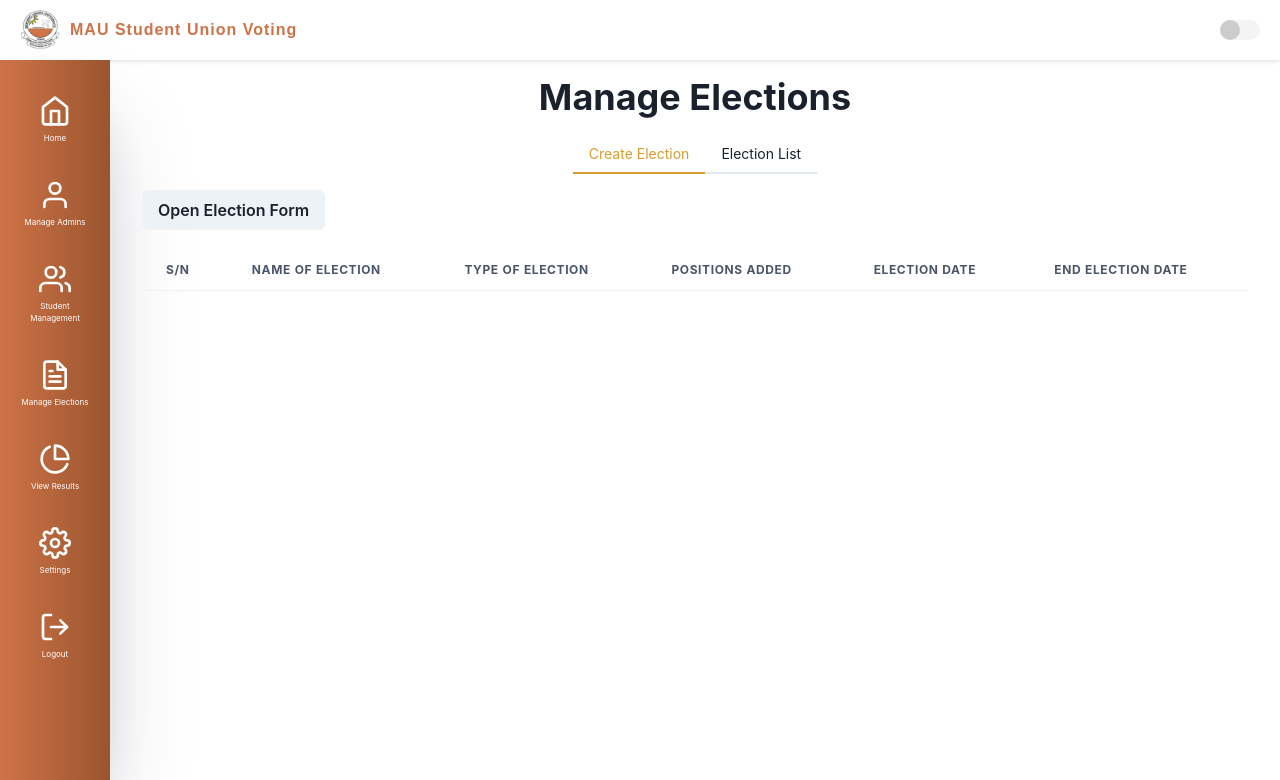
Repository: joena1o/e-vote
Page: /admin-dashboard/manage-elections
These files come from the project's save history. The page is drawn as it stood at one moment and after the next save; the edit follows.
The browser window is 1280 px wide. The pictures show the whole page.
The project was rebuilt for these pictures with package versions that can differ from the ones it lists, and the page was loaded fresh each time. Also part of the build but not shown: src/components/EnhancedLogin.js, src/components/maincontent/RegisterStudents/ManageStudents.js, src/components/maincontent/RegisterStudents/RegisterStudents.js, src/components/maincontent/RegisterStudents/StudentManagement.js, src/components/maincontent/ElectionResults/ViewResults.js, src/components/maincontent/Settings/Settings.js, src/api/index.js, src/components/maincontent/home/Home.styles.js and 15 more.

Above is the page before, as saved 2023-10-26 14:36:48.

### src/index.js
import React from 'react';
import ReactDOM from 'react-dom/client';
import './index.css';
import App from './App';
import reportWebVitals from './reportWebVitals';
import Modal from 'react-modal';

// Set the app element for the modal for accessibility purposes
Modal.setAppElement('#root');

const root = ReactDOM.createRoot(document.getElementById('root'));
root.render(
  <React.StrictMode>
    <App />
  </React.StrictMode>
);

// If you want to start measuring performance in your app, pass a function
// to log results (for example: reportWebVitals(console.log))
// or send to an analytics endpoint. Learn more: https://bit.ly/CRA-vitals
reportWebVitals();

### src/App.js
import React from 'react';
import { BrowserRouter as Router, Routes, Route, Navigate } from 'react-router-dom';
import EnhancedLogin from './components/EnhancedLogin';
import AdminDashboard from './components/AdminDashboard';
import StudentDashboard from './components/StudentDashboard';
import { ChakraProvider, ColorModeProvider, Button, useColorMode } from '@chakra-ui/react';
import { Provider } from 'react-redux';
import store from './Redux/store';
import ElectionCommitteeDashboard from './components/maincontent/ElectionCommitteeDashboard';

// Component to toggle dark mode
function DarkModeToggle() {
  const { colorMode, toggleColorMode } = useColorMode();
  return (
    <Button onClick={toggleColorMode} position="fixed" m={4} zIndex={10}>
      Toggle {colorMode === 'light' ? 'Dark' : 'Light'}
    </Button>
  );
}

function App() {
  // Check if the current route is not the "/login" route, then render the DarkModeToggle
  // const isLoginPage = window.location.pathname === '/login';

  return (
    <Provider store={store}>
      <ChakraProvider>
        <ColorModeProvider options={{ useSystemColorMode: true }}>
          <Router>
            <Routes>
              {/* Define your routes */}
              <Route path="/login" element={<EnhancedLogin />} />
              <Route path="/admin-dashboard/*" element={<AdminDashboard />} />
              <Route path="/ElectionCommittee-dashboard/*" element={<ElectionCommitteeDashboard />} />
              <Route path='/student-dashboard/*' element={<StudentDashboard />} />
              {/* Redirect root to /admin-dashboard */}
              <Route path="/" element={<Navigate to="/admin-dashboard" replace />} />
            </Routes>
          </Router>
          {/* Render DarkModeToggle only if not on the "/login" page */}
          {/* {!isLoginPage && <DarkModeToggle />} */}
        </ColorModeProvider>
      </ChakraProvider>
    </Provider>
  );
}

export default App;

### src/components/AdminDashboard.js
// AdminDashboard.js
import React from 'react';
import { Routes, Route } from 'react-router-dom';
import StudentManagement from './maincontent/RegisterStudents/StudentManagement';
import ViewResults from './maincontent/ElectionResults/ViewResults';
import Settings from './maincontent/Settings/Settings';
import Home from './maincontent/home/Home';
import ManageAdmin from './maincontent/ManageAdmins/ManageAdmins';
import ManageElections from './maincontent/ManageElections/ManageElections';
import Sidebar from './Sidebar';
import Navbar from './Navbar';
import styled from 'styled-components';

const Container = styled.div`
  display: flex;
  flex-direction: column;
  /* Add the following line to ensure Container fills the screen height */
  height: 100vh;
  width: 100%; /* Use 100% to fill the entire width of the screen */
`;


const Content = styled.div`
  display: flex;
  /* Add the following line to ensure Content fills the remaining screen space */
  flex: 1;
`;

const AdminDashboard = () => {
  return (
    <Container>
      <Navbar />
      <Content>
        <Sidebar />
        <Routes>
          <Route index element={<Home />} />
          <Route path="student-management" element={<StudentManagement />} />
          <Route path="view-results" element={<ViewResults />} />
          <Route path="settings" element={<Settings />} />
          <Route path="manage-admin" element={<ManageAdmin />} />
          <Route path="manage-elections" element={<ManageElections />} />
        </Routes>
      </Content>
    </Container>
  );
};

export default AdminDashboard;

### src/Redux/store.js
import { configureStore } from '@reduxjs/toolkit';
import electionReducer from './electionSlice';
import studentsReducer from './studentsSlice';
import candidatesReducer from './CandidateSlice'; // Import the candidates reducer

const store = configureStore({
  reducer: {
    elections: electionReducer,
    students: studentsReducer,
    candidates: candidatesReducer, // Add the candidates reducer here
  },
});

export default store;

### src/components/maincontent/ManageElections/ManageElections.js
import React, { useState } from 'react';
import { Tabs, TabList, TabPanels, Tab, TabPanel, Box, Flex, Heading } from '@chakra-ui/react';
import CreateElections from './CreateElection';
import ElectionList from './ElectionList';

const ManageElections = () => {
  const [activeTab, setActiveTab] = useState(0);

  const handleTabChange = (index) => {
    setActiveTab(index);
  };

  return (
    <Flex direction="column" align="center" w="100vw" h="100vh" p={4}>
      <Heading mb={4}>Manage Elections</Heading>
      <Box w="100%" h="100%" maxW="full">
        <Tabs index={activeTab} onChange={handleTabChange} isLazy>
          <Flex justifyContent="center" w="100%">
            <TabList display="inline-flex">
              <Tab fontSize="sm" px={4} py={2} _selected={{ borderBottom: '2px solid', borderColor: 'yellow.500', color: 'yellow.500' }}>
                Create Election
              </Tab>
              <Tab fontSize="sm" px={4} py={2} _selected={{ borderBottom: '2px solid', borderColor: 'yellow.500', color: 'yellow.500' }}>
                Election List
              </Tab>
            </TabList>
          </Flex>
          <TabPanels>
            <TabPanel>
              <CreateElections />
            </TabPanel>
            <TabPanel>
              <ElectionList />
            </TabPanel>
          </TabPanels>
        </Tabs>
      </Box>
    </Flex>
  );
};

export default ManageElections;

### src/components/Navbar.js
import React from 'react';
import styled, { createGlobalStyle } from 'styled-components';
import logo from '../assets/school_logo.jpg';
import { useColorMode } from '@chakra-ui/react';

const GlobalStyle = createGlobalStyle`
  body {
    background-color: ${props => (props.theme === 'dark' ? '#333' : '#fff')};
    color: ${props => (props.theme === 'dark' ? '#fff' : '#000')}; // Set other component texts to black in light mode
  }
`;

const Header = styled.header`
  background: ${props => (props.theme === 'dark' ? '#333' : '#fff')};
  color: ${props => (props.theme === 'dark' ? '#fff' : '#ce7348')}; // Set navbar text to brown in light mode
  padding: 10px 20px;
  display: flex;
  align-items: center;
  justify-content: flex-start;
  box-shadow: 0px 2px 4px rgba(0, 0, 0, 0.1);
  font-family: 'Poppins', sans-serif;
`;


const Logo = styled.img`
  width: 40px;
  height: 40px;
  border-radius: 20px;
  margin-right: 10px;
`;

const Title = styled.h1`
  margin: 0;
  padding: 0;
  font-size: 1rem;
  font-weight: 600;
  letter-spacing: 1px;
`;

const ToggleSlider = styled.label`
  display: flex;
  align-items: center;
  cursor: pointer;
  margin-left: auto;
`;

const SliderInput = styled.input.attrs({ type: 'checkbox' })`
  display: none;
`;

const Slider = styled.div`
  width: 40px;
  height: 20px;
  background-color: ${props => (props.theme === 'dark' ? '#333' : '#f4f4f4')};
  border-radius: 20px;
  position: relative;
  transition: background-color 0.3s ease;
  cursor: pointer;

  &::after {
    content: '';
    width: 20px;
    height: 20px;
    border-radius: 50%;
    background-color: ${props => (props.theme === 'dark' ? '#fff' : '#ccc')};
    position: absolute;
    top: 50%;
    transform: translateY(-50%);
    left: ${props => (props.theme === 'dark' ? '20px' : '0')};
    transition: left 0.3s ease;
  }
`;

function Navbar() {
  const { colorMode, toggleColorMode } = useColorMode();

  return (
    <>
      <GlobalStyle theme={colorMode} />
      <Header theme={colorMode}>
        <Logo src={logo} alt="University Logo" />
        <Title>MAU Student Union Voting</Title>
        <ToggleSlider>
          <SliderInput type="checkbox" onChange={toggleColorMode} />
          <Slider theme={colorMode} />
        </ToggleSlider>
      </Header>
    </>
  );
}

export default Navbar;

### src/Redux/electionSlice.js
/*import { createSlice, createAsyncThunk } from '@reduxjs/toolkit';
import { API, graphqlOperation } from 'aws-amplify';
import { createElection as createElectionAPI } from '../graphql/mutations';

export const createElection = createAsyncThunk(
  'elections/createElection',
  async (election, { rejectWithValue }) => {
    try {
      const result = await API.graphql(graphqlOperation(createElectionAPI, { input: election }));
      return result.data.createElection;
    } catch (error) {
      return rejectWithValue(error);
    }
  }
);

const electionSlice = createSlice({
  name: 'elections',
  initialState: [],
  reducers: {},
  extraReducers: (builder) => {
    builder.addCase(createElection.fulfilled, (state, action) => {
      state.push(action.payload);
    });
  },
});

export default electionSlice.reducer;
*/

### src/Redux/studentsSlice.js
import { createSlice } from '@reduxjs/toolkit';

export const studentsSlice = createSlice({
  name: 'students',
  initialState: [],
  reducers: {
    addStudents: (state, action) => {
      // Add students to the Redux store
      action.payload.forEach(student => {
        state.push(student);
      });
    },
  },
});

export const { addStudents } = studentsSlice.actions;

export default studentsSlice.reducer;

### src/Redux/CandidateSlice.js

import { createSlice } from '@reduxjs/toolkit';

export const candidatesSlice = createSlice({
  name: 'candidates',
  initialState: [],
  reducers: {
    setCandidates: (state, action) => {
      return action.payload;
    },
  },
});

export const { setCandidates } = candidatesSlice.actions;
export default candidatesSlice.reducer;

### src/components/maincontent/ManageElections/CreateElection.js
import React, { useState } from 'react';
import Select from 'react-select';
import { useFormik } from 'formik';
import * as Yup from 'yup';
import {
  Button,
  Modal,
  ModalOverlay,
  ModalContent,
  ModalHeader,
  ModalFooter,
  ModalBody,
  ModalCloseButton,
  Input,
  FormControl,
  FormLabel,
  useColorMode,
  Box,
  Table,
  Thead,
  Tbody,
  Tr,
  Th,
  Td,
  VStack,
  Flex,
  Text
} from '@chakra-ui/react';
import { FiCalendar, FiUsers, FiFileText, FiUserCheck, FiClipboard, FiType } from 'react-icons/fi';

const CreateElection = () => {
  const [electionType, setElectionType] = useState('');
  const [modalIsOpen, setModalIsOpen] = useState(false);
  const [elections, setElections] = useState([]);
  const { colorMode } = useColorMode();

  const formik = useFormik({
    initialValues: {
      electionTitle: '',
      electionType: '',
      name: '',
      startDate: '',
      positions: [], // Ensure this is initialized as an array
      committeeMembers: [],
      endDate: '',
    },
    validationSchema: Yup.object({
      electionTitle: Yup.string().required('Required'),
      electionType: Yup.string().required('Required'),
      startDate: Yup.date().required('Required'),
      positions: Yup.array().required('Required'),
      endDate: Yup.date().required('Required'),
    }),
    onSubmit: async (values) => {
      setModalIsOpen(true);
      setElections([...elections, values]);
    },
  });

  const electionTypeOptions = [
    { value: 'general', label: 'General' },
    { value: 'faculty', label: 'Faculty' },
    { value: 'department', label: 'Department' }
  ];

  const students = [
    { value: 'Pascal@example.com', label: 'Prisca Ahmadu' },
    { value: 'Prisca@example.com', label: 'Paul Ahmadu' },
  ];

  const positions = [
    { value: 'President', label: 'President' },
    { value: 'Vice President', label: 'Vice President' },
    // ... add other positions as needed
  ];



  return (
    <>
      <Button onClick={() => setModalIsOpen(true)}>Open Election Form</Button>

      <Box width="100%" mt={5}>
        {/* Displaying elections table */}
        <Table variant="simple">
          <Thead>
            <Tr>
              <Th>S/N</Th>
              <Th>Name of Election</Th>
              <Th>Type of Election</Th>
              <Th>Positions Added</Th>
              <Th>Election Date</Th>
              <Th>End Election Date</Th>
            </Tr>
          </Thead>
          <Tbody>
            {elections.map((election, index) => (
              <Tr key={index}>
                <Td>{index + 1}</Td>
                <Td>{election.electionTitle}</Td>
                <Td>{election.electionType}</Td>
                <Td>{election.positions.join(', ')}</Td>
                <Td>{election.startDate}</Td>
                <Td>{election.endDate}</Td>
              </Tr>
            ))}
          </Tbody>
        </Table>
      </Box>

      {/* Election Creation Modal */}
      <Modal isOpen={modalIsOpen} onClose={() => setModalIsOpen(false)} size="md">
        {/* Set size to "md" for a smaller modal */}
        <ModalOverlay />
        <ModalContent>
          <ModalHeader>Create Election</ModalHeader>
          <ModalCloseButton />
          <ModalBody as="form" onSubmit={formik.handleSubmit}>
            {/* Form elements */}
            <FormControl>
              <FormLabel><FiType /> Title:</FormLabel>
              <Input
                name="electionTitle"
                type="text"
                placeholder="Enter Election Title"
                onChange={formik.handleChange}
                value={formik.values.electionTitle}
              />
              {formik.errors.electionTitle && <Text color="red.500">{formik.errors.electionTitle}</Text>}
            </FormControl>

            <FormControl>
              <FormLabel><FiFileText /> Type:</FormLabel>
              <Box width="100%">
                <Select
                  name="electionType"
                  options={electionTypeOptions}
                  onChange={(option) => {
                    formik.setFieldValue("electionType", option.value);
                    setElectionType(option.value);
                  }}
                  value={electionTypeOptions.find(
                    option => option.value === formik.values.electionType
                  )}
                  placeholder="Select Type"
                />
              </Box>
              {formik.errors.electionType && <Text color="red.500">{formik.errors.electionType}</Text>}
            </FormControl>

            <FormControl>
              <FormLabel><FiCalendar /> Election Date:</FormLabel>
              <Input
                name="startDate"
                type="date"
                onChange={formik.handleChange}
                value={formik.values.startDate}
              />
              {formik.errors.startDate && <Text color="red.500">{formik.errors.startDate}</Text>}
            </FormControl>

            {(electionType === 'faculty' || electionType === 'department') && (
              <FormControl>
                <FormLabel><FiClipboard /> {electionType.charAt(0).toUpperCase() + electionType.slice(1)} Name:</FormLabel>
                <Input
                  name="name"
                  type="text"
                  onChange={formik.handleChange}
                  value={formik.values.name}
                />
                {formik.errors.name && <Text color="red.500">{formik.errors.name}</Text>}
              </FormControl>
            )}

            {/* Remaining form fields remain unchanged */}

          </ModalBody>
          <ModalFooter>
            {/* Create Election and Cancel buttons */}
            <Button type="submit" colorScheme="blue" mr={3}>
              Create Election
            </Button>
            <Button variant="ghost" onClick={() => setModalIsOpen(false)}>
              Cancel
            </Button>
          </ModalFooter>
        </ModalContent>
      </Modal>
    </>
  );
};

export default CreateElection;

Loaded but not shown: public/index.html (common file); src/index.css (common file); src/reportWebVitals.js (common file); src/components/Sidebar.js (130 lines, source omitted)

After the next save:
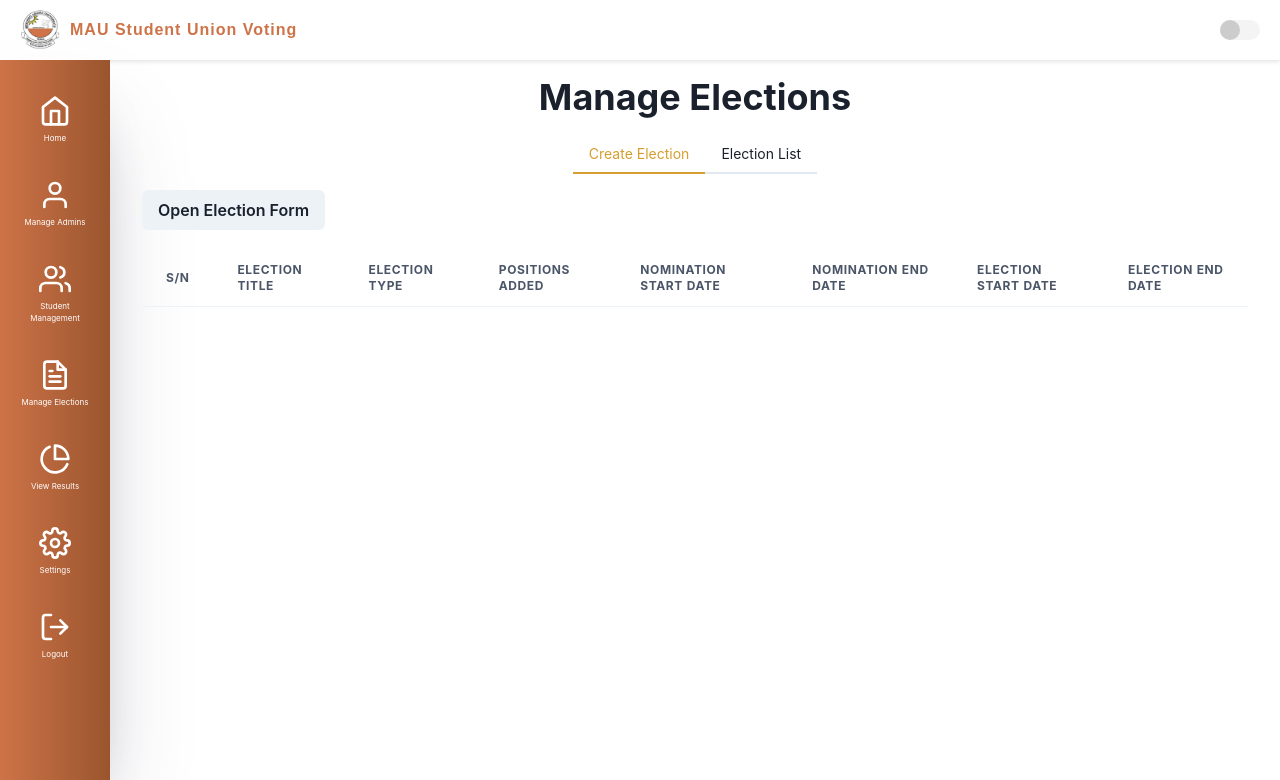
Saved 5 min 51 s later.
--- a/src/components/maincontent/ManageElections/CreateElection.js
+++ b/src/components/maincontent/ManageElections/CreateElection.js
@@ -86,11 +86,13 @@ const CreateElection = () => {
           <Thead>
             <Tr>
               <Th>S/N</Th>
-              <Th>Name of Election</Th>
-              <Th>Type of Election</Th>
+              <Th>Election Title</Th>
+              <Th>Election Type</Th>
               <Th>Positions Added</Th>
-              <Th>Election Date</Th>
-              <Th>End Election Date</Th>
+              <Th>Nomination Start Date</Th>
+              <Th>Nomination End Date</Th>
+              <Th>Election Start Date</Th>
+              <Th>Election End Date</Th>
             </Tr>
           </Thead>
           <Tbody>
@@ -100,6 +102,8 @@ const CreateElection = () => {
                 <Td>{election.electionTitle}</Td>
                 <Td>{election.electionType}</Td>
                 <Td>{election.positions.join(', ')}</Td>
+                <Td>{election.nominationStartDate}</Td>
+                <Td>{election.nominationEndDate}</Td>
                 <Td>{election.startDate}</Td>
                 <Td>{election.endDate}</Td>
               </Tr>
@@ -118,7 +122,7 @@ const CreateElection = () => {
           <ModalBody as="form" onSubmit={formik.handleSubmit}>
             {/* Form elements */}
             <FormControl>
-              <FormLabel><FiType /> Title:</FormLabel>
+              <FormLabel><FiType /> Election Title:</FormLabel>
               <Input
                 name="electionTitle"
                 type="text"
@@ -130,7 +134,7 @@ const CreateElection = () => {
             </FormControl>
 
             <FormControl>
-              <FormLabel><FiFileText /> Type:</FormLabel>
+              <FormLabel><FiFileText /> Election Type:</FormLabel>
               <Box width="100%">
                 <Select
                   name="electionType"
@@ -142,21 +146,32 @@ const CreateElection = () => {
                   value={electionTypeOptions.find(
                     option => option.value === formik.values.electionType
                   )}
-                  placeholder="Select Type"
+                  placeholder="Select Election Type"
                 />
               </Box>
               {formik.errors.electionType && <Text color="red.500">{formik.errors.electionType}</Text>}
             </FormControl>
 
             <FormControl>
-              <FormLabel><FiCalendar /> Election Date:</FormLabel>
+              <FormLabel><FiCalendar /> Nomination Start Date:</FormLabel>
               <Input
-                name="startDate"
+                name="nominationStartDate"
                 type="date"
                 onChange={formik.handleChange}
-                value={formik.values.startDate}
-              />
-              {formik.errors.startDate && <Text color="red.500">{formik.errors.startDate}</Text>}
+                value={formik.values.nominationStartDate}
+              />
+              {formik.errors.nominationStartDate && <Text color="red.500">{formik.errors.nominationStartDate}</Text>}
+            </FormControl>
+
+            <FormControl>
+              <FormLabel><FiCalendar /> Nomination End Date:</FormLabel>
+              <Input
+                name="nominationEndDate"
+                type="date"
+                onChange={formik.handleChange}
+                value={formik.values.nominationEndDate}
+              />
+              {formik.errors.nominationEndDate && <Text color="red.500">{formik.errors.nominationEndDate}</Text>}
             </FormControl>
 
             {(electionType === 'faculty' || electionType === 'department') && (
@@ -172,8 +187,69 @@ const CreateElection = () => {
               </FormControl>
             )}
 
-            {/* Remaining form fields remain unchanged */}
-
+            <Flex justify="space-between">
+              <FormControl>
+                <FormLabel><FiCalendar /> Election Start Date:</FormLabel>
+                <Input
+                  name="startDate"
+                  type="date"
+                  onChange={formik.handleChange}
+                  value={formik.values.startDate}
+                />
+                {formik.errors.startDate && <Text color="red.500">{formik.errors.startDate}</Text>}
+              </FormControl>
+
+              <FormControl>
+                <FormLabel><FiCalendar /> Election End Date:</FormLabel>
+                <Input
+                  name="endDate"
+                  type="date"
+                  onChange={formik.handleChange}
+                  value={formik.values.endDate}
+                />
+                {formik.errors.endDate && <Text color="red.500">{formik.errors.endDate}</Text>}
+              </FormControl>
+            </Flex>
+
+            <FormControl>
+              <FormLabel><FiUsers /> Positions:</FormLabel>
+              <Select
+                isMulti
+                name="positions"
+                options={positions}
+                onChange={selectedOptions => {
+                  formik.setFieldValue(
+                    "positions",
+                    selectedOptions ? selectedOptions.map(option => option.value) : []
+                  );
+                }}
+                value={positions.filter(position =>
+                  formik.values.positions.includes(position.value)
+                )}
+                placeholder="Select positions..."
+              />
+              {formik.errors.positions && <Text color="red.500">{formik.errors.positions}</Text>}
+            </FormControl>
+
+            <FormControl>
+              <FormLabel><FiUserCheck /> Committee Members:</FormLabel>
+              <Box width="100%">
+                <Select
+                  isMulti
+                  options={students}
+                  onChange={selectedOptions => {
+                    formik.setFieldValue(
+                      "committeeMembers",
+                      selectedOptions ? selectedOptions.map(option => option.value) : []
+                    );
+                  }}
+                  value={students.filter(student =>
+                    formik.values.committeeMembers.includes(student.value)
+                  )}
+                  placeholder="Select members..."
+                />
+              </Box>
+            </FormControl>
           </ModalBody>
           <ModalFooter>
             {/* Create Election and Cancel buttons */}
